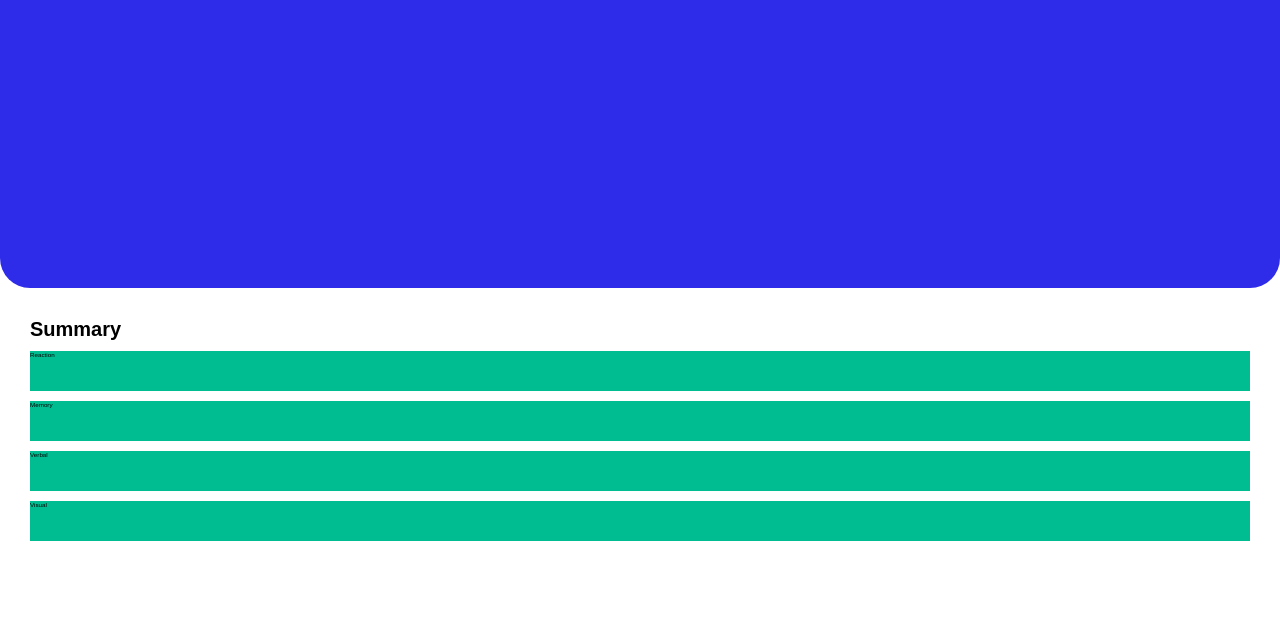
Repository: limaneto/frontend-mentor-results-summary
Page: index.html
The author's editor kept a copy of each file at every save. The page is drawn from the files as they stood at one save, then again after the next save.
The browser window is 1280 px wide. The pictures show the whole page.

Above is the page before, as saved 2023-11-06 01:27:06.

### index.html
<!DOCTYPE html>
<html lang="en">
  <head>
    <meta charset="UTF-8">
    <meta name="viewport" content="width=device-width, initial-scale=1.0">
    <link rel="stylesheet" href="style.css">
  </head>
  <body>
    <main>
      <section id='result'></section>
      <summary>
        <h2>Summary</h2>
        <ul>
          <li>Reaction</li>
          <li>Memory</li>
          <li>Verbal</li>
          <li>Visual</li>
        </ul>
      </summary>
    </main>
  </body>
</html>

### style.css
:root {
  --red: #ff5959;
  --orangey:	#ffb01f;
  --green: #00bd91;
  --blue: #1125d4;
  --pale-blue: rgb(235, 241, 255);
  --white: rgb(255, 255, 255);
  --dark-gray-blue: #303b5a;
  --lavender: #c8c7ff;
  --g-slate-blue: #7857ff;
  --g-royal-blue: #2e2be9;
  --g-violet-blue: #4e21ca;
  --g-persian-blue: #2421ca;
}

@font-face {
  font-family: 'HankenGrotesk', sans-serif;
  src: url(./assets/fonts//HankenGrotesk-VariableFont_wght.ttf);
}

* {
  box-sizing: border-box;
  margin: 0;
  padding: 0;
}

html, body {
  font-size: 62.5%;
  font-family: 'HankenGrotesk', sans-serif;
  height: 100vh;
  width: 100vw;
}

li {
  display: block;
}

main {
  height: 100%;
  width: 100%;
}

section {
  height: 40%;
  background-color: var(--g-royal-blue);
  border-bottom-left-radius: 30px;
  border-bottom-right-radius: 30px;
}

summary {
  padding: 30px;
}

summary > h2 {
  font-size: 2rem;
}

summary > ul > li {
  width: 100%;
  height: 40px;
  background-color: #00bd91;
  margin: 10px 0;
}

After the next save:
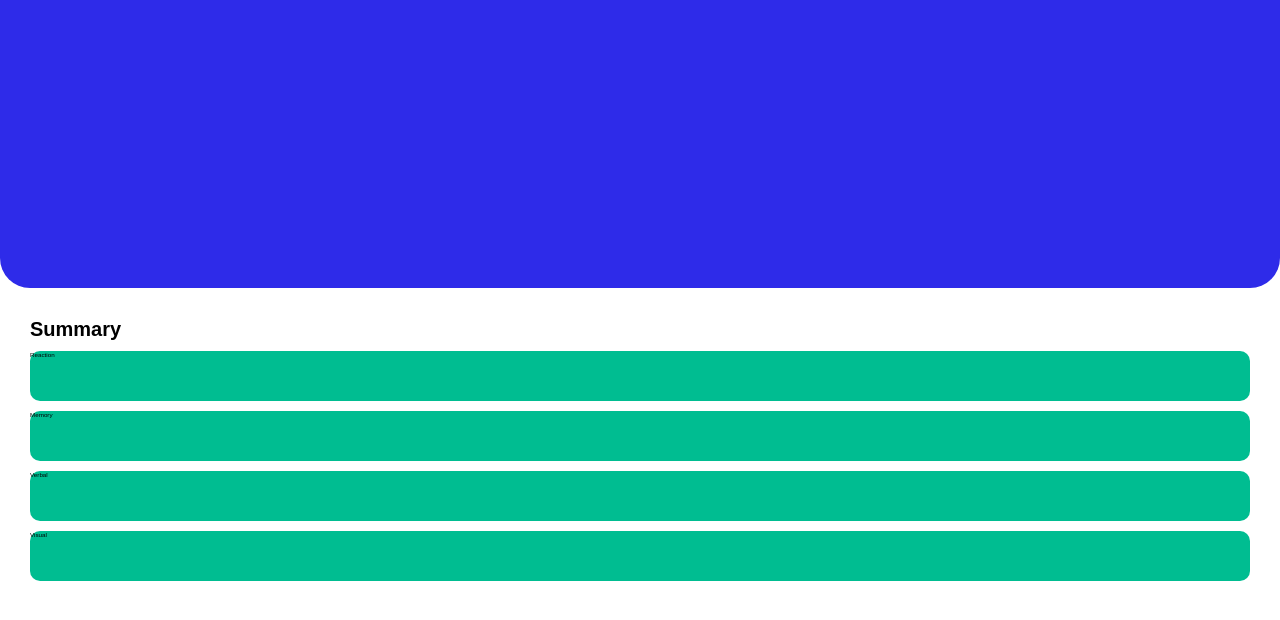
Saved 12 s later.
--- a/style.css
+++ b/style.css
@@ -57,7 +57,8 @@ summary > h2 {
 
 summary > ul > li {
   width: 100%;
-  height: 40px;
+  height: 50px;
+  border-radius: 10px;
   background-color: #00bd91;
   margin: 10px 0;
 }
